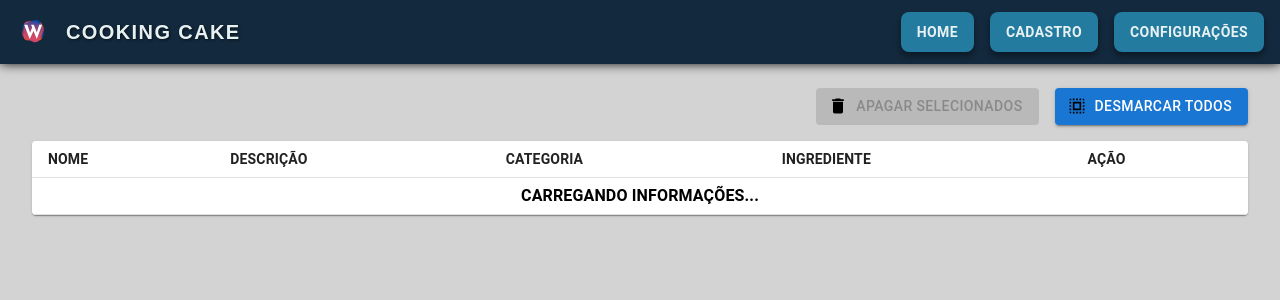
Repository: oZanella/projeto_windel_web_CRM
Page: /
These files come from the project's save history. The page is drawn as it stood at one moment and after a run of saves; the edit follows.
The browser window is 1280 px wide. The pictures show the whole page.
The page's requests for data from a server got no answer. The project was rebuilt for these pictures with package versions that can differ from the ones it lists, and the page was loaded fresh each time. No one was signed in, and anything a server would have sent is missing. Also part of the build but not shown: vite.config.js, src/routes/Configuracoes.jsx. Imported but missing from the stored project, and not drawn on this page: src/routes/Cadastro.jsx.

Above is the page before, as saved 2024-08-19 10:35:48.

After the next 3 saves:
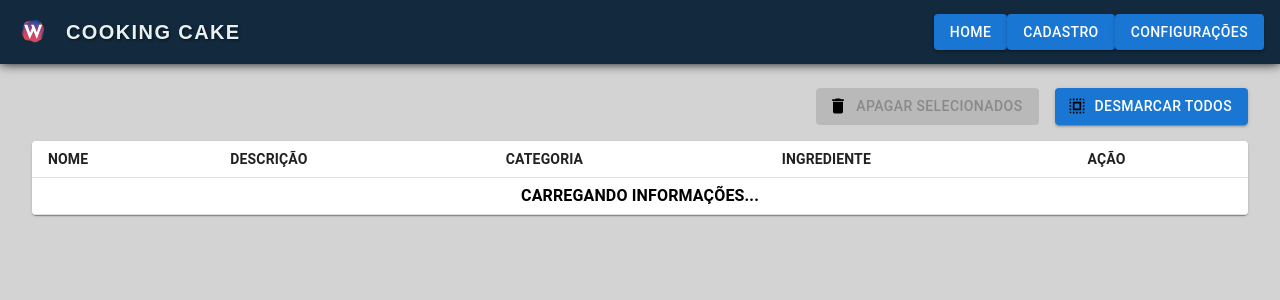
The 3 saves are shown as one change because they came seconds apart.
The last was saved 13 s later.
--- a/src/components/Header.jsx
+++ b/src/components/Header.jsx
@@ -63,31 +63,37 @@ export const Header = () => {
 
         {/* Botões */}
         <Box
+          variant="text"
+          component={Link}
+          to={`/cadastro`}
           sx={{
-            mr: { xs: 0, sm: 2 },
-            gap: 2,
-            display: 'flex',
-            alignItems: 'center',
-            flexGrow: { xs: 1, sm: 0 },
-            justifyContent: { xs: 'center' },
-            '& .MuiButton-root': {
-              backgroundColor: 'var(--blueceledron)',
-              color: 'var(--primary)',
-              borderRadius: '8px',
-              boxShadow: '0 4px 6px rgba(0, 0, 0, 0.4)',
-              padding: '8px 16px',
-              fontWeight: 'bold',
-              textTransform: 'uppercase',
-              transition: 'background-color 0.3s, transform 0.3s',
-
-              // Animação
-              '&:hover': {
-                backgroundColor: 'var(--animation)',
-                transform: 'scale(1.07)',
-              },
-              '&:active': {
-                backgroundColor: 'var(--click)',
-              },
+            position: 'relative',
+            color: 'var(--primary)',
+            fontWeight: 'bold',
+            textTransform: 'uppercase',
+            fontFamily: 'Arial, serif',
+            padding: '8px 16px',
+            border: 'none',
+            textDecoration: 'none',
+            backgroundColor: 'transparent',
+            '&:before': {
+              content: '""',
+              position: 'absolute',
+              left: 0,
+              bottom: 0,
+              width: '100%',
+              height: '2px',
+              backgroundColor: 'var(--primary)',
+              transform: 'scaleX(0)',
+              transformOrigin: 'bottom right',
+              transition: 'transform 0.3s ease',
+            },
+            '&:hover:before': {
+              transform: 'scaleX(1)',
+              transformOrigin: 'bottom left',
+            },
+            '&:focus': {
+              outline: 'none',
             },
           }}
         >
